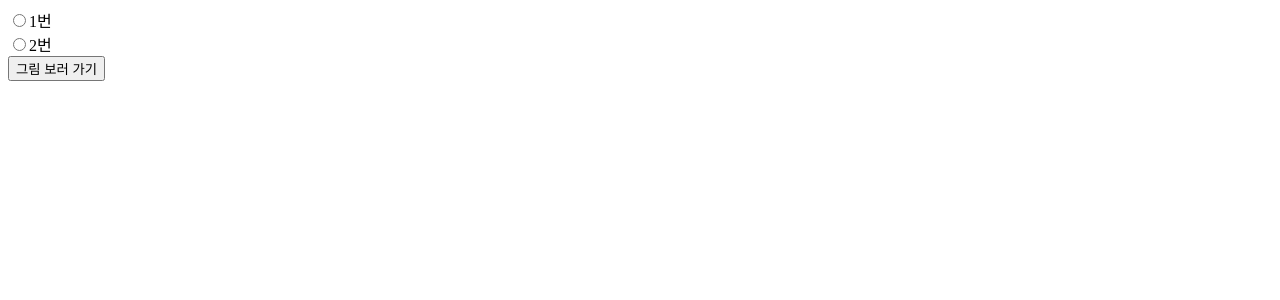
Repository: gowjd4419/jsp
Page: http://localhost/JSPBasic/jspobject/request/req_photo.jsp
The author's editor kept a copy of each file at every save. The page is drawn from the files as they stood at one save, then again after the next save.
The browser window is 1280 px wide. The pictures show the whole page.
The page is served by Tomcat 9.

Above is the page before, as saved 2022-03-25 12:22:43.

After the next save:
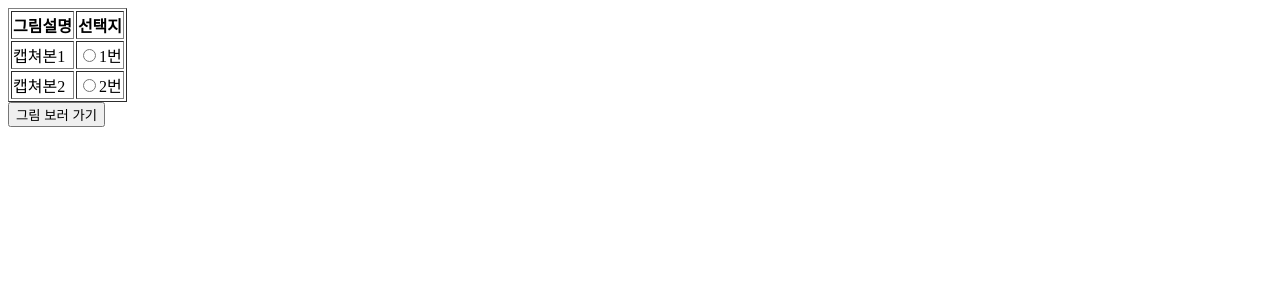
Saved 8 min 0 s later.
--- a/JSPBasic/src/main/webapp/jspobject/request/req_photo.jsp
+++ b/JSPBasic/src/main/webapp/jspobject/request/req_photo.jsp
@@ -20,9 +20,24 @@
          2. if~else문을 이용해서 1번을 골랐다면 1번 그림을 골랐습니다. 2번을 골랐다면 2번 그림을 골랐습니다 라고 나오게 한다.
          3. img태그를 이용해 글 대신 그림이 나오게 처리한다. -->
     <form action=http://localhost:8181/JSPBasic/jspobject/request/req_photo_result.jsp >
-    <input type = "radio" name="photo" value ="1번">1번<br>
-    <input type = "radio" name="photo" value="2번">2번<br>
+    <table border="1">
+    <thead>
+        <th>그림설명</th>
+        <th>선택지</th>
+    </thead>
+    <tbody>
+    <tr>
+       <td>캡쳐본1</td>
+       <td><input type = "radio" name="photo" value ="1번">1번<br></td>
+    </tr>
+    <tr>
+       <td>캡쳐본2</td>
+       <td><input type = "radio" name="photo" value="2번">2번<br></td>
+    </tr>
+    </tbody>
+    </table>
     <input type="submit" value="그림 보러 가기"><br>
+
     </form>
 </body>
 </html>
